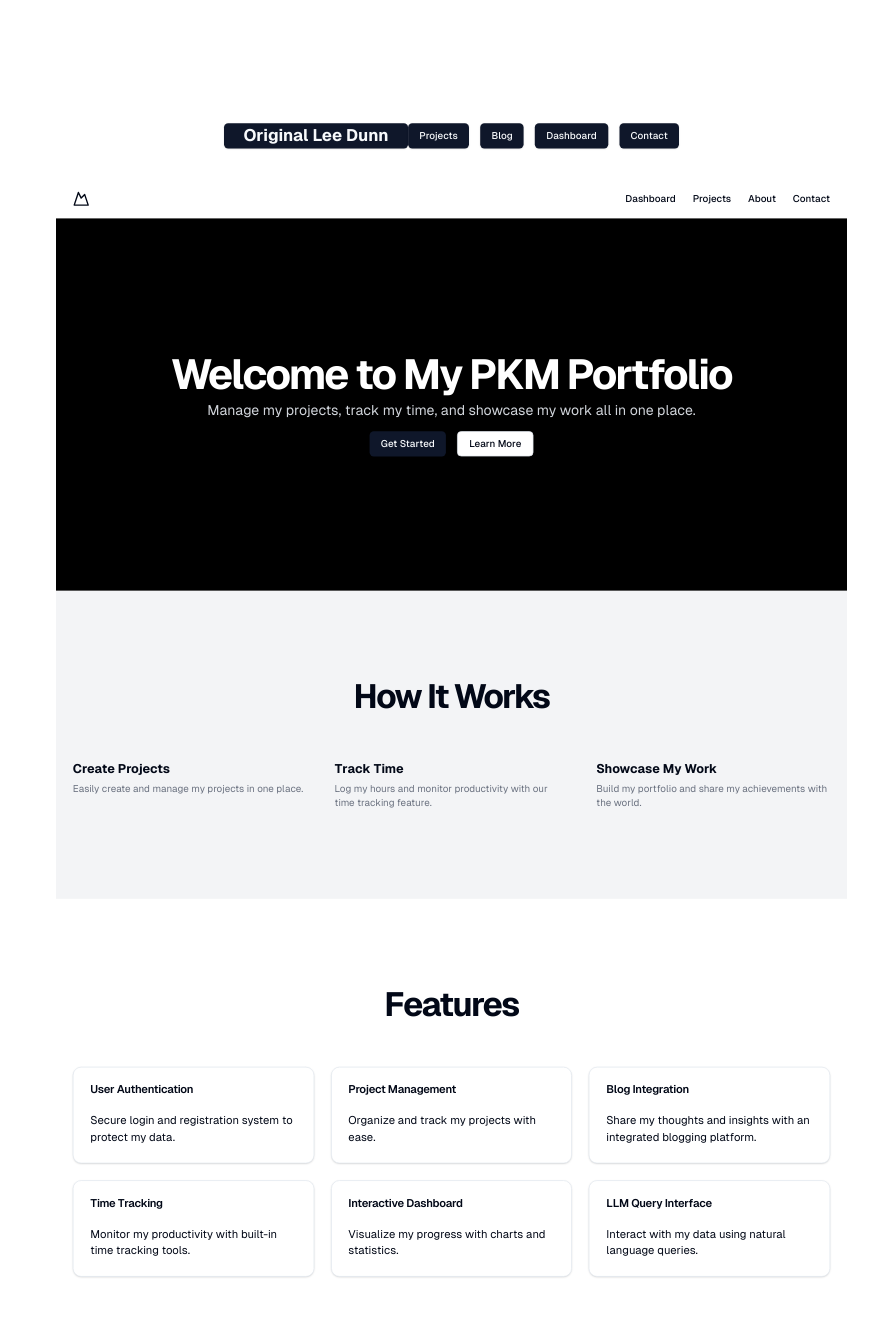
Repository: OriginalLeeDunn/pkm-portfolio
Page: /
The author's editor kept a copy of each file at every save. The page is drawn from the files as they stood at one save, then again after the next save.
The browser window is 1280 px wide. The pictures show the part of the page from y = 0 to 1920 px (the page is 3619 px tall), at 70% of full size.
The project was rebuilt for these pictures with package versions that can differ from the ones it lists, and the page was loaded fresh each time. The framework's server and built-in components were replaced by stand-ins that run in the browser. Also part of the build but not shown: next.config.mjs.

Above is the page before, as saved 2024-10-16 08:50:59.

After the next save:
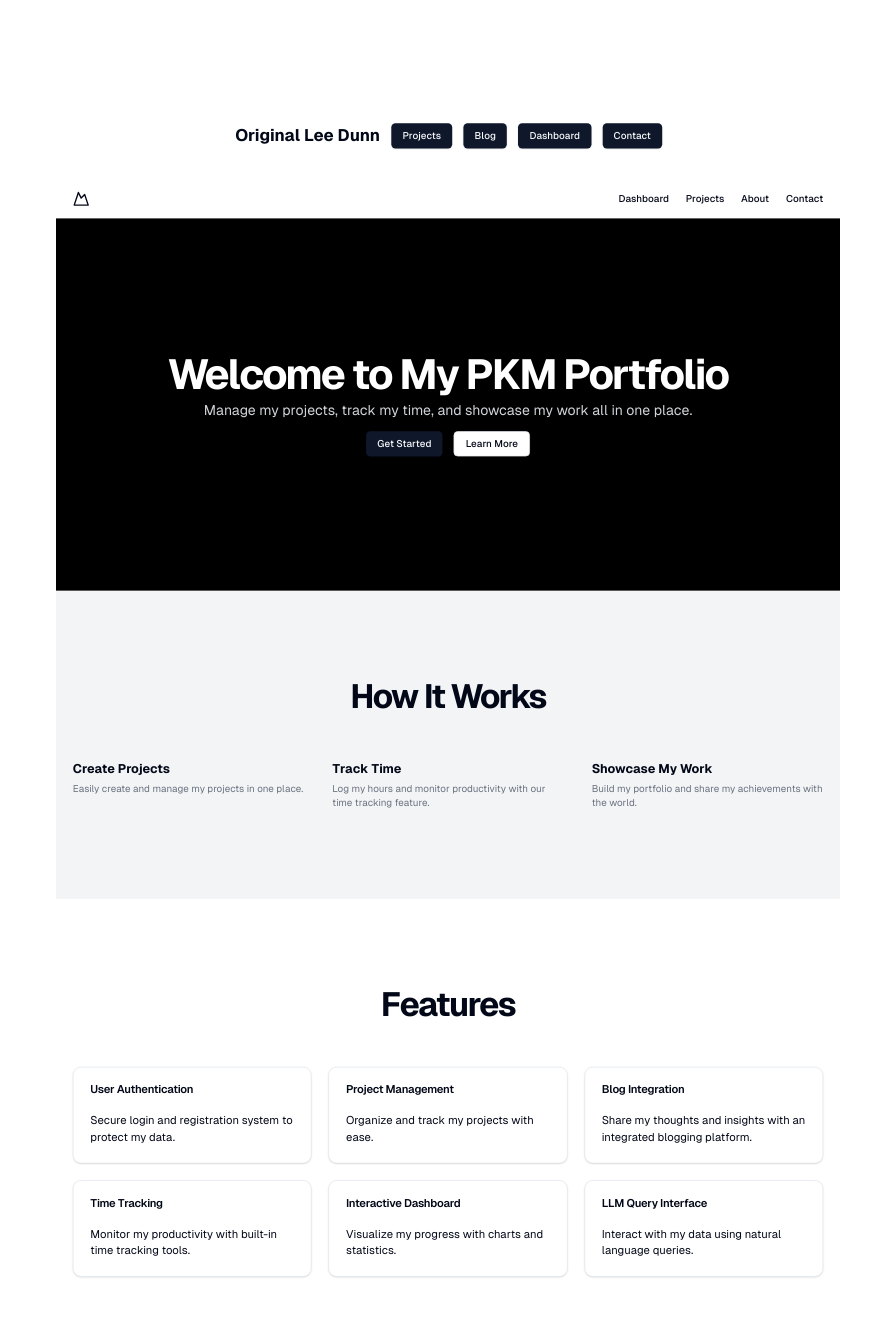
Saved 1 s later.
--- a/src/components/Header.tsx
+++ b/src/components/Header.tsx
@@ -5,11 +5,9 @@ export default function Header() {
   return (
     <header className="w-full py-3 px-20 bg-background items-center">
       <div className="container mx-auto flex justify-between px-40 items-center">
-        <Button className="py-3 px-3 justify-between">
         <Link href="/" className="text-2xl font-bold px-4">
           Original Lee Dunn
         </Link>
-        </Button>
         <nav>
           <ul className="flex space-x-4">
             <li><Button asChild><Link href="/projects">Projects</Link></Button></li>
